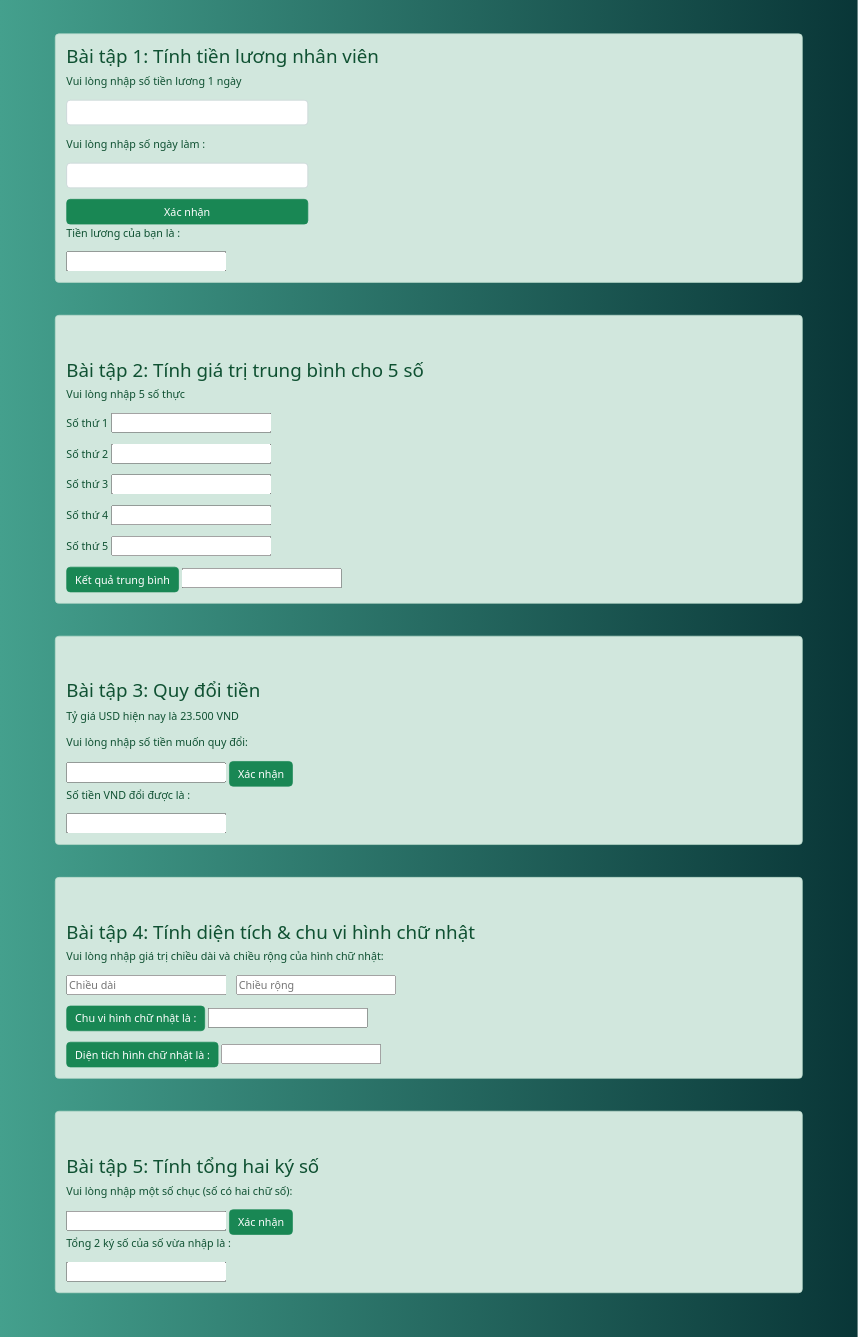
Repository: hcozyph/TranHuuPhuoc_BC43_BT_JS_Buoi2
Page: index.html
An editor plug-in stored every save of this project. The page is shown before and after a run of saves, followed by the edit.
The browser window is 1280 px wide. The pictures show the whole page, at 67% of full size.

Above is the page before, as saved 2023-02-03 20:40:44.

### index.html
<!DOCTYPE html>
<html lang="en">
    <head>
        <title>BT JS - Buoi 1</title>
        <!-- Required meta tags -->
        <meta charset="utf-8" />
        <meta
            name="viewport"
            content="width=device-width, initial-scale=1, shrink-to-fit=no"
        />

        <!-- font-family -->
        <link
            href="//fonts.googleapis.com/css2?family=Pacifico&amp;display=swap"
            rel="stylesheet"
        />
        <link
            href="//fonts.googleapis.com/css2?family=Quicksand:wght@300;400;500;600;700&amp;display=swap"
            rel="stylesheet"
        />

        <!-- Bootstrap CSS v5.2.1 -->
        <link
            href="https://cdn.jsdelivr.net/npm/bootstrap@5.2.1/dist/css/bootstrap.min.css"
            rel="stylesheet"
            integrity="sha384-iYQeCzEYFbKjA/T2uDLTpkwGzCiq6soy8tYaI1GyVh/UjpbCx/TYkiZhlZB6+fzT"
            crossorigin="anonymous"
        />

        <!-- FontAwesome 6.2.0 CSS -->
        <link
            rel="stylesheet"
            href="https://cdnjs.cloudflare.com/ajax/libs/font-awesome/6.2.0/css/all.min.css"
            integrity="sha512-xh6O/CkQoPOWDdYTDqeRdPCVd1SpvCA9XXcUnZS2FmJNp1coAFzvtCN9BmamE+4aHK8yyUHUSCcJHgXloTyT2A=="
            crossorigin="anonymous"
            referrerpolicy="no-referrer"
        />

        <!-- index.css -->
        <link rel="stylesheet" href="./style/index.css" />
    </head>

    <body>
        <div class="btvn">
            <!-- BT1 -->
            <div class="container">
                <!-- BT-1 -->
                <div class="BT1 alert alert-success">
                    <h1 class="fs-3">Bài tập 1: Tính tiền lương nhân viên</h1>

                    <div class="col-4">
                        <p>Vui lòng nhập số tiền lương 1 ngày</p>

                        <input
                            type="text"
                            id="luongMotNgay"
                            class="form-control"
                        />
                    </div>

                    <div class="col-4 mt-3">
                        <p>Vui lòng nhập số ngày làm :</p>

                        <input
                            type="number"
                            id="soNgayLam"
                            class="form-control"
                        />
                    </div>

                    <button
                        class="btn btn-success col-4 mt-3"
                        id="btnXacNhan"
                        onclick="inputSoNgayLam()"
                    >
                        Xác nhận
                    </button>

                    <p>Tiền lương của bạn là :</p>
                    <input type="text" id="result" />
                </div>

                <!-- BT2 -->
                <div class="BT2 alert alert-success mt-5">
                    <h1 class="fs-3 mt-5">
                        Bài tập 2: Tính giá trị trung bình cho 5 số
                    </h1>
                    <p>Vui lòng nhập 5 số thực</p>

                    <p>Số thứ 1 <input type="number" id="n1" /></p>
                    <p>Số thứ 2 <input type="number" id="n2" /></p>
                    <p>Số thứ 3 <input type="number" id="n3" /></p>
                    <p>Số thứ 4 <input type="number" id="n4" /></p>
                    <p>Số thứ 5 <input type="number" id="n5" /></p>

                    <button
                        class="btn btn-success"
                        id="btnAverage"
                        onclick="average()"
                    >
                        Kết quả trung bình
                    </button>
                    <input type="text" id="average" />
                </div>

                <!-- BT3 -->
                <div class="BT3 alert alert-success mt-5">
                    <h1 class="fs-3 mt-5">Bài tập 3: Quy đổi tiền</h1>
                    <p>Tỷ giá USD hiện nay là 23.500 VND</p>
                    <p>Vui lòng nhập số tiền muốn quy đổi:</p>

                    <input type="number" id="inputUsd" />
                    <button
                        class="btn btn-success"
                        id="btnTradeMoney"
                        onclick="tradeMoney ()"
                    >
                        Xác nhận
                    </button>

                    <p>Số tiền VND đổi được là :</p>
                    <input type="text" id="tradeMoney" />
                </div>

                <!-- BT4 -->
                <div class="BT4 alert alert-success mt-5">
                    <h1 class="fs-3 mt-5">
                        Bài tập 4: Tính diện tích & chu vi hình chữ nhật
                    </h1>
                    <p>
                        Vui lòng nhập giá trị chiều dài và chiều rộng của hình
                        chữ nhật:
                    </p>

                    <input type="number" id="length" placeholder="Chiều dài" />
                    <input
                        style="margin-left: 10px"
                        type="number"
                        id="width"
                        placeholder="Chiều rộng"
                    />

                    <div class="chuVi mt-3">
                        <button class="btn btn-success" onclick="chuVi()">
                            Chu vi hình chữ nhật là :
                        </button>
                        <input type="number" id="chuVi" />
                    </div>

                    <div class="dienTich mt-3">
                        <button class="btn btn-success" onclick="dienTich()">
                            Diện tích hình chữ nhật là :
                        </button>
                        <input type="number" id="dienTich" />
                    </div>
                </div>

                <!-- BT5 -->
                <div class="BT5 alert alert-success mt-5">
                    <h1 class="fs-3 mt-5">Bài tập 5: Tính tổng hai ký số</h1>
                    <p>Vui lòng nhập một số chục (số có hai chữ số):</p>
                    <input type="number" id="inputSoChuc" />
                    <button class="btn btn-success" onclick="tong2KySo()">
                        Xác nhận
                    </button>
                    <p>Tổng 2 ký số của số vừa nhập là :</p>
                    <input type="number" id="tong2KySo" />
                </div>
            </div>
        </div>

        <!-- Bootstrap JavaScript Libraries -->
        <script
            src="https://cdn.jsdelivr.net/npm/@popperjs/core@2.11.6/dist/umd/popper.min.js"
            integrity="sha384-oBqDVmMz9ATKxIep9tiCxS/Z9fNfEXiDAYTujMAeBAsjFuCZSmKbSSUnQlmh/jp3"
            crossorigin="anonymous"
        ></script>

        <script
            src="https://cdn.jsdelivr.net/npm/bootstrap@5.2.1/dist/js/bootstrap.min.js"
            integrity="sha384-7VPbUDkoPSGFnVtYi0QogXtr74QeVeeIs99Qfg5YCF+TidwNdjvaKZX19NZ/e6oz"
            crossorigin="anonymous"
        ></script>

        <!-- js customize -->
        <script src="./index.js"></script>
    </body>
</html>

### style/index.css
.btvn {
    background: linear-gradient(to right, rgb(68, 160, 141), rgb(9, 54, 55));
    background-repeat: no-repeat;
    background-size: cover;
    margin: 0 auto;
    padding: 50px;
}

### index.js
//BT1: Tính tiền lương nhân viên
function inputSoNgayLam () {
    //input:
    var soNgayLam = document.getElementById('soNgayLam').value;
    const luongMotNgay = 100000;

    //output:
    var result = 0;

    //progress
    var result = parseInt(soNgayLam) * parseInt(luongMotNgay);

    document.getElementById('result').value = result.toLocaleString() + ' VND';
}

//BT2: Tính trung bình cộng 5 số
function average () {
    //input:
    var n1 = document.getElementById('n1').value;
    var n2 = document.getElementById('n2').value;
    var n3 = document.getElementById('n3').value;
    var n4 = document.getElementById('n4').value;
    var n5 = document.getElementById('n5').value;
    //output:
    var average = 0;
    const soLuongInput = 5;

    //progress
    var sum = parseFloat(n1) + parseFloat(n2) + parseFloat(n3) + parseFloat(n4) + parseFloat(n5);

    var average =  sum / parseFloat(soLuongInput) ;

    document.getElementById('average').value = average;
}

//BT3: Quy đổi tiền
function tradeMoney () {
    //input
    var inputUsd = document.getElementById('inputUsd').value;
    const tyGia = 23500;

    //output
    var tradeMoney = 0;

    //progress
    var tradeMoney = parseInt(inputUsd) * parseInt(tyGia);
    document.getElementById('tradeMoney').value = tradeMoney.toLocaleString() + ' VND';
}

//BT4: Tính chu vi & diện tích hình chữ nhật
function chuVi () {
    // input
    var length = document.getElementById('length').value;
    var width = document.getElementById('width').value;

    //output
    var chuVi = ( parseInt(length) + parseInt(width) ) * 2;

    //progress
    document.getElementById('chuVi').value = chuVi.toLocaleString();
}


function dienTich () {
    // input
    var length = document.getElementById('length').value;
    var width = document.getElementById('width').value;

    //output
    var dienTich = parseInt(length) * parseInt(width) ;

    //progress
    document.getElementById('dienTich').value = dienTich.toLocaleString();
}


//BT5: Tính tổng hai ký số
function tong2KySo () {
    //input
    var inputSoChuc = document.getElementById('inputSoChuc').value;
    var hangChuc = 0;
    var hangDonVi = 0;

    //output
    var tong2KySo = 0;

    //progress
    var hangChuc = Math.floor(Number(inputSoChuc)/10)
    var hangDonVi = Math.floor(Number(inputSoChuc)%10)
    var tong2KySo = parseInt(hangChuc) + parseInt(hangDonVi);

    document.getElementById('tong2KySo').value = tong2KySo;
}
/*
Link vercel:
https://tran-huu-phuoc-bc-43-bt-js-buoi1.vercel.app/
*/

After the next 2 saves:
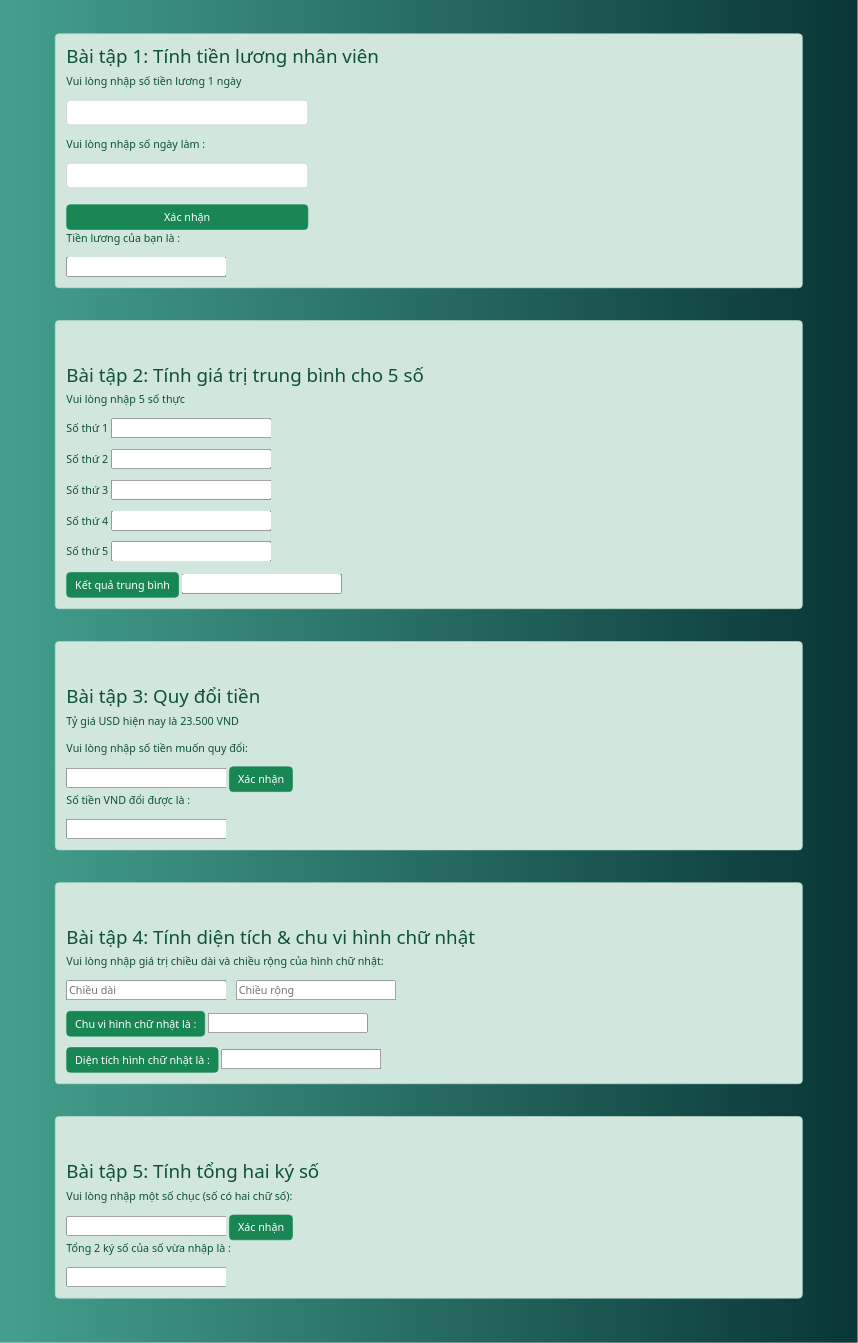
The 2 saves are shown as one change because they came seconds apart.
The last was saved 9 s later.
--- a/index.html
+++ b/index.html
@@ -69,7 +69,7 @@
                     </div>
 
                     <button
-                        class="btn btn-success col-4 mt-3"
+                        class="btn btn-success col-4 mt-4"
                         id="btnXacNhan"
                         onclick="inputSoNgayLam()"
                     >
